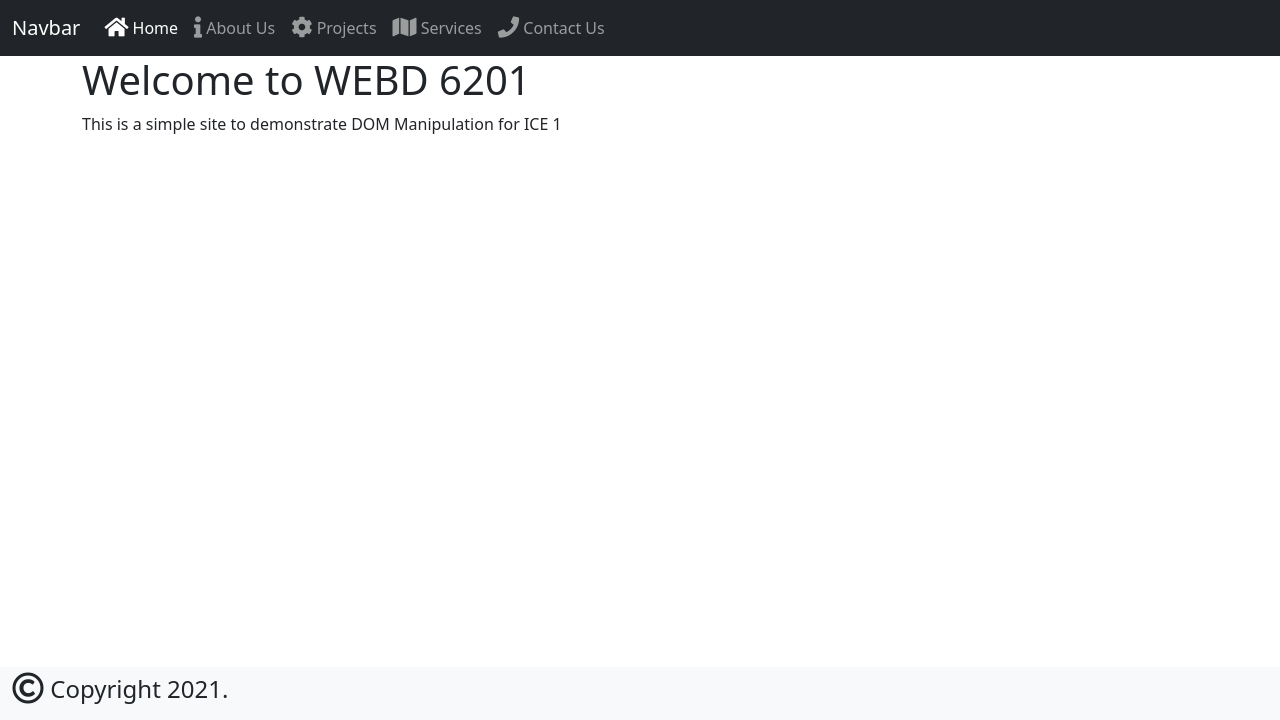
Repository: aphim/Webd6201-wk3
Page: index.html
The author's editor kept a copy of each file at every save. The page is drawn from the files as they stood at one save, then again after the next save.
The browser window is 1280 px wide. The pictures show the whole page.

Above is the page before, as saved 2021-01-20 09:41:15.

After the next save:
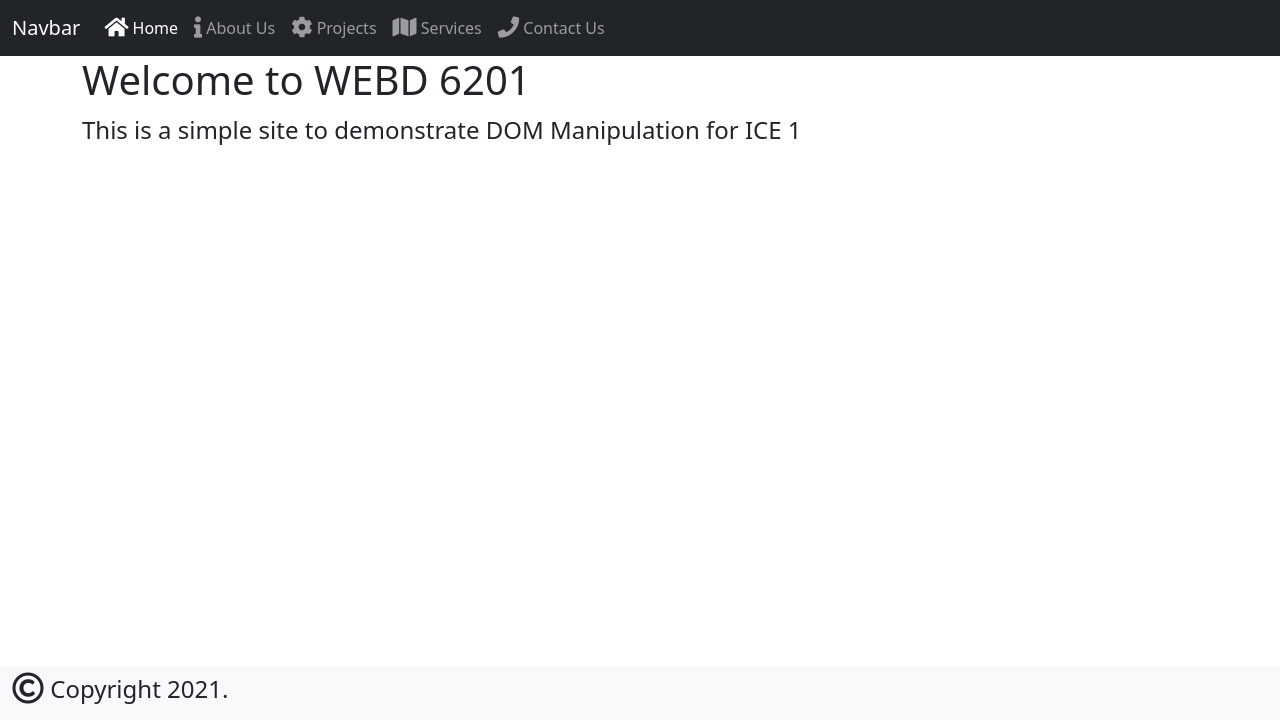
Saved 114 s later.
--- a/Scripts/app.js
+++ b/Scripts/app.js
@@ -20,11 +20,12 @@
 
         //let paragraphOneParagraph = document.getElementsByTagName("p")[0];
         //let paragraphOneQuery = document.querySelector("p");
-        console.log(paragraphOneElement);
+        //console.log(paragraphOneElement);
         //console.log(paragraphOneParagraph);
         //console.log(paragraphOneQuery);
 
         paragraphOneElement.textContent = paragraphOneText;
+        paragraphOneElement.className = "fs-4";
     }
 
 
